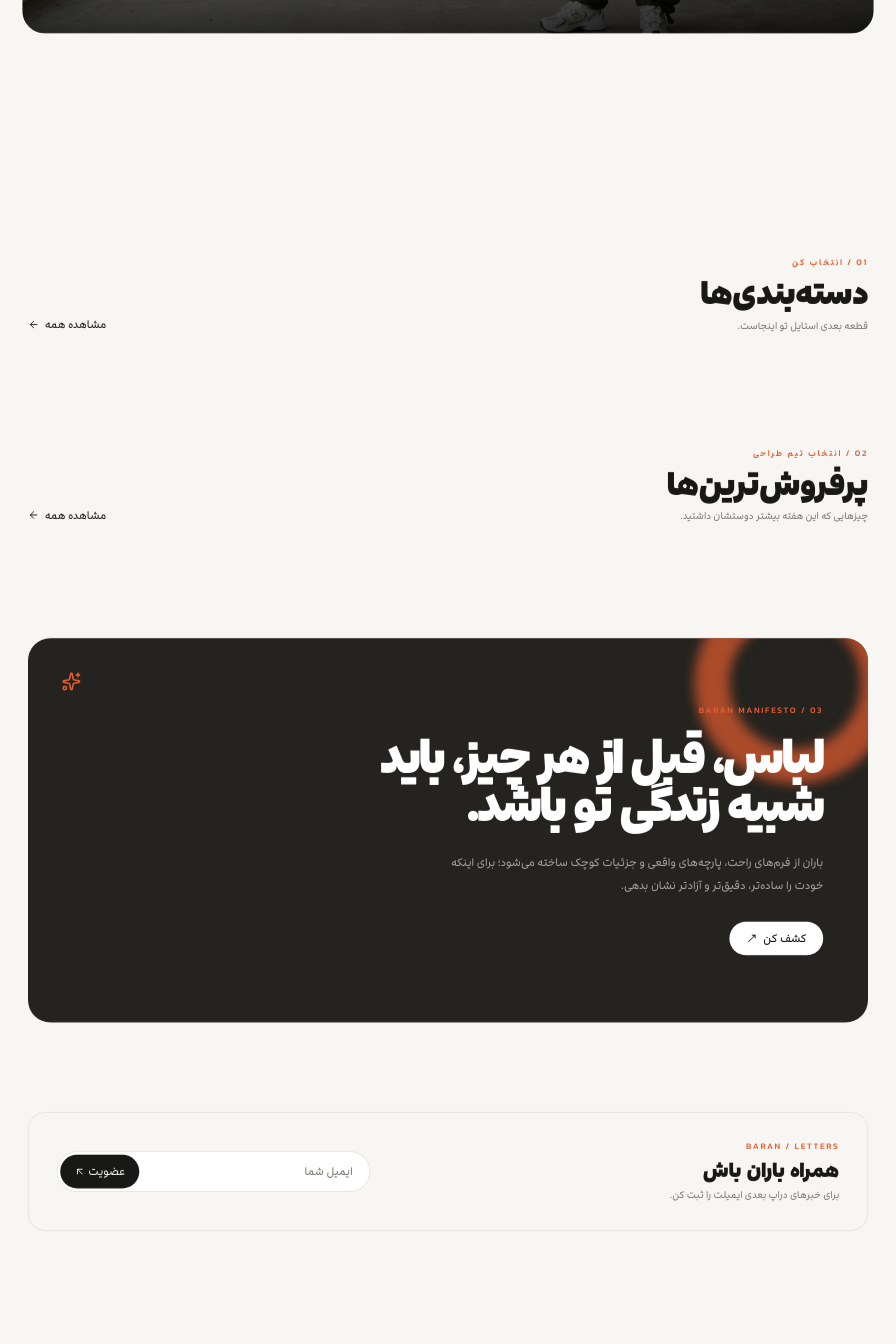
Repository: bardiya185/Clothing_store
Page: / (app in clothing-store/update/clothing-store/frontend/)
These files come from the project's save history. The page is drawn as it stood at one moment and after a run of saves; the edit follows.
The browser window is 1280 px wide. The pictures show the part of the page from y = 661 to 2581 px (the page is 2944 px tall before and 2824 px after), at 70% of full size.
The page's requests for data from a server got no answer. The project was rebuilt for these pictures with package versions that can differ from the ones it lists, and the page was loaded fresh each time. The framework's server and built-in components were replaced by stand-ins that run in the browser. No one was signed in, and anything a server would have sent is missing. Also part of the build but not shown: clothing-store/update/clothing-store/frontend/next.config.ts, clothing-store/update/clothing-store/frontend/components/catalog/ProductCard.tsx.

Above is the page before, as saved 2026-10-02 16:23:47.

After the next 2 saves:
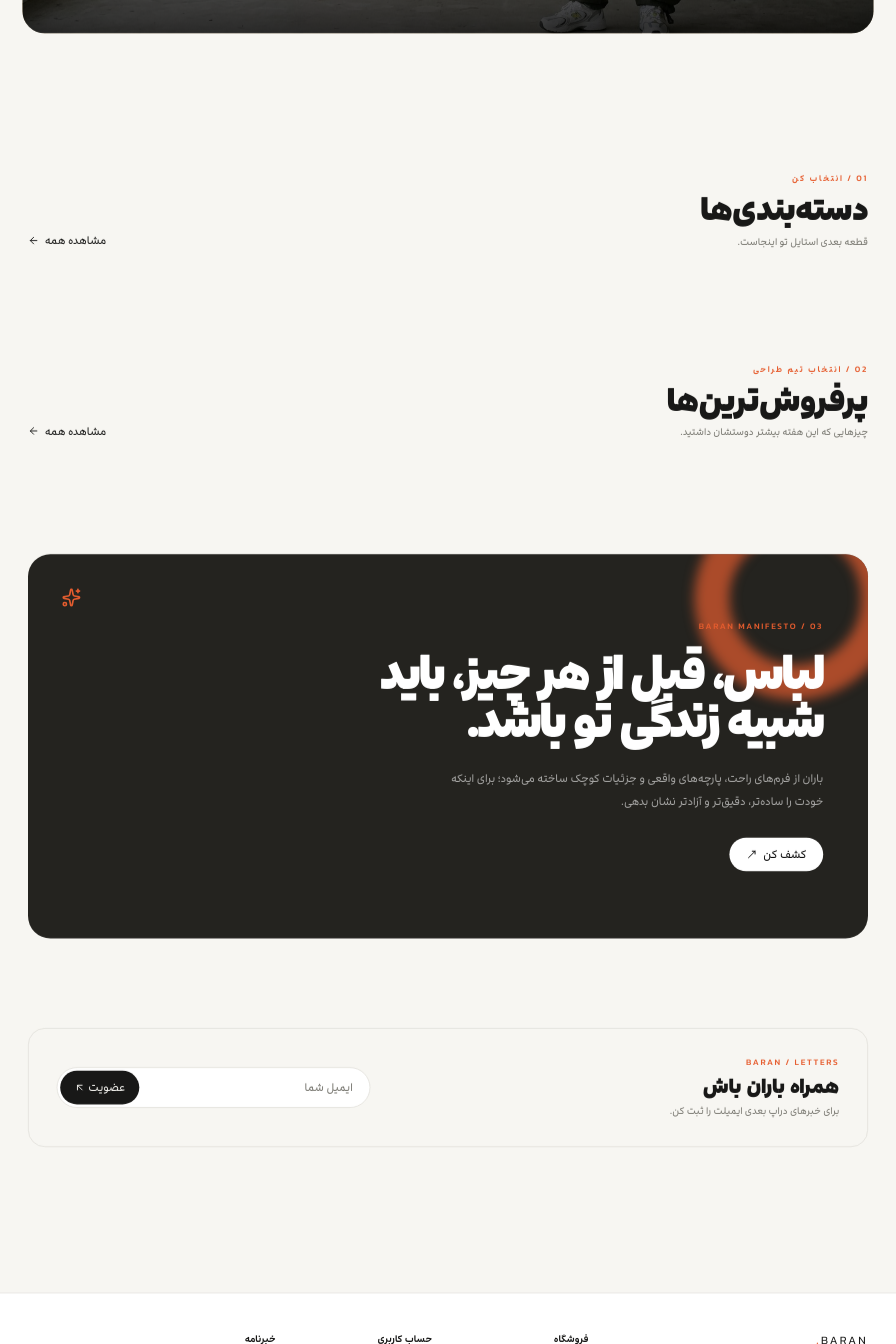
The 2 saves are shown as one change because they came seconds apart.
The last was saved 20 s later.
--- a/clothing-store/update/clothing-store/frontend/app/page.tsx
+++ b/clothing-store/update/clothing-store/frontend/app/page.tsx
@@ -89,11 +89,6 @@ export default function HomePage() {
       <br />
       <br />
       <br />
-      <br />
-      <br />
-      <br />
-      <br />
-      <br />
       <CampaignBlocks />
       <section className="mx-auto max-w-[1440px] px-5 py-24 md:px-10 md:py-32">
         <div className="mb-9 flex items-end justify-between gap-5">
